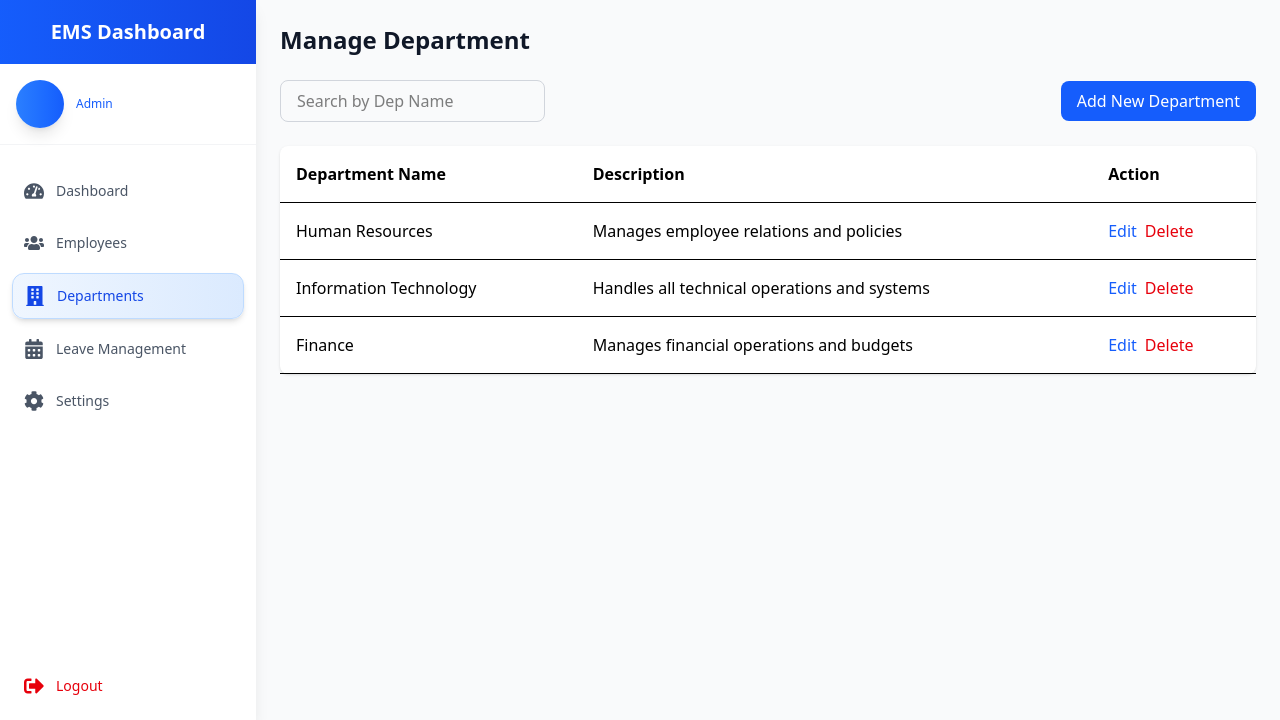
Repository: AuthnSapuarachchi/Employee-Management-System-MERN-Stack
Page: /admin-dashboard/departments (app in frontend/)
These files come from the project's save history. The page is drawn as it stood at one moment and after the next save; the edit follows.
The browser window is 1280 px wide. The pictures show the whole page.
The project was rebuilt for these pictures with package versions that can differ from the ones it lists, and the page was loaded fresh each time. Also part of the build but not shown: frontend/vite.config.js, frontend/src/pages/Login.jsx, frontend/src/components/Dashboard/DashboardHeader.jsx, frontend/src/components/Dashboard/StatsCards.jsx, frontend/src/components/Dashboard/QuickActions.jsx, frontend/src/components/Dashboard/RecentActivity.jsx, frontend/src/components/Dashboard/Dashboard.jsx, frontend/src/pages/Employees.jsx and 6 more.

Above is the page before, as saved 2025-09-02 23:43:32.

After the next save:
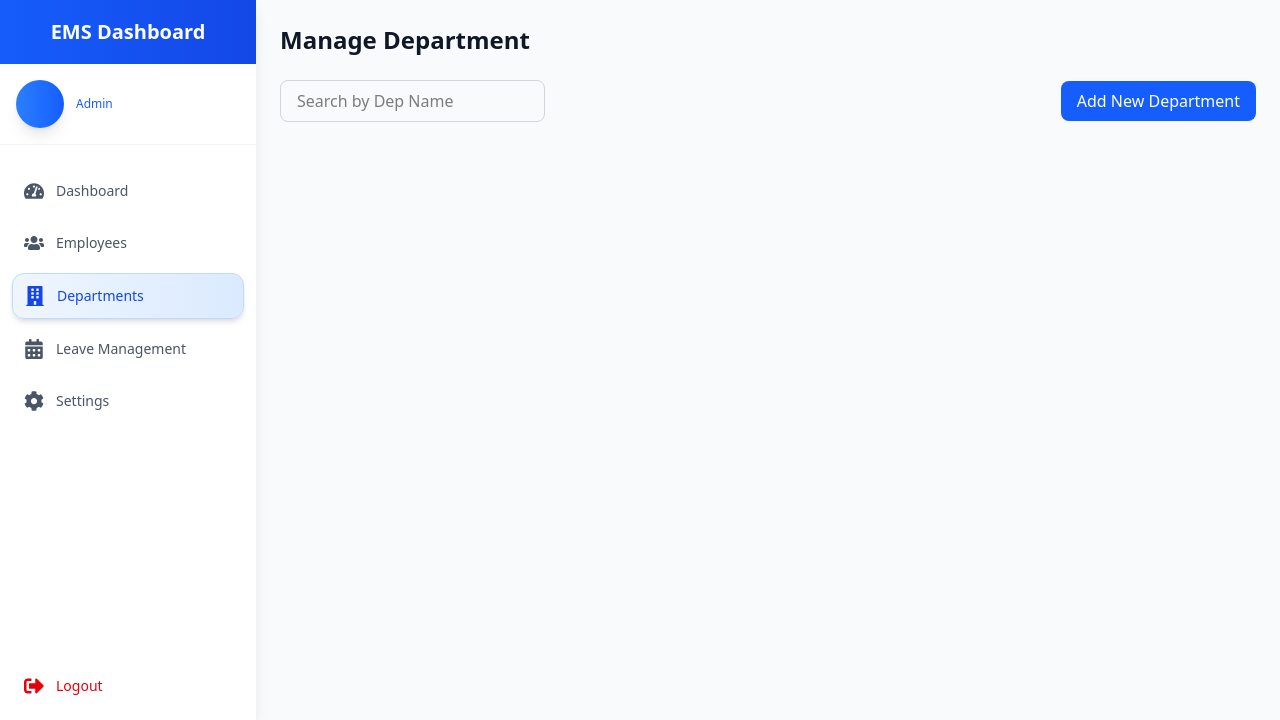
Saved 12 s later.
--- a/frontend/src/components/Department/DepartmentList.jsx
+++ b/frontend/src/components/Department/DepartmentList.jsx
@@ -28,43 +28,7 @@ const DepartmentList = () => {
         </div>
 
         {/* Department List Table */}
-        <div className="bg-white rounded-lg shadow">
-          <table className="w-full">
-            <thead>
-              <tr className="border-b">
-                <th className="text-left p-4">Department Name</th>
-                <th className="text-left p-4">Description</th>
-                <th className="text-left p-4">Action</th>
-              </tr>
-            </thead>
-            <tbody>
-              <tr className="border-b">
-                <td className="p-4">Human Resources</td>
-                <td className="p-4">Manages employee relations and policies</td>
-                <td className="p-4">
-                  <button className="text-blue-600 hover:text-blue-800 mr-2">Edit</button>
-                  <button className="text-red-600 hover:text-red-800">Delete</button>
-                </td>
-              </tr>
-              <tr className="border-b">
-                <td className="p-4">Information Technology</td>
-                <td className="p-4">Handles all technical operations and systems</td>
-                <td className="p-4">
-                  <button className="text-blue-600 hover:text-blue-800 mr-2">Edit</button>
-                  <button className="text-red-600 hover:text-red-800">Delete</button>
-                </td>
-              </tr>
-              <tr className="border-b">
-                <td className="p-4">Finance</td>
-                <td className="p-4">Manages financial operations and budgets</td>
-                <td className="p-4">
-                  <button className="text-blue-600 hover:text-blue-800 mr-2">Edit</button>
-                  <button className="text-red-600 hover:text-red-800">Delete</button>
-                </td>
-              </tr>
-            </tbody>
-          </table>
-        </div>
+
       </div>
     </div>
   )
